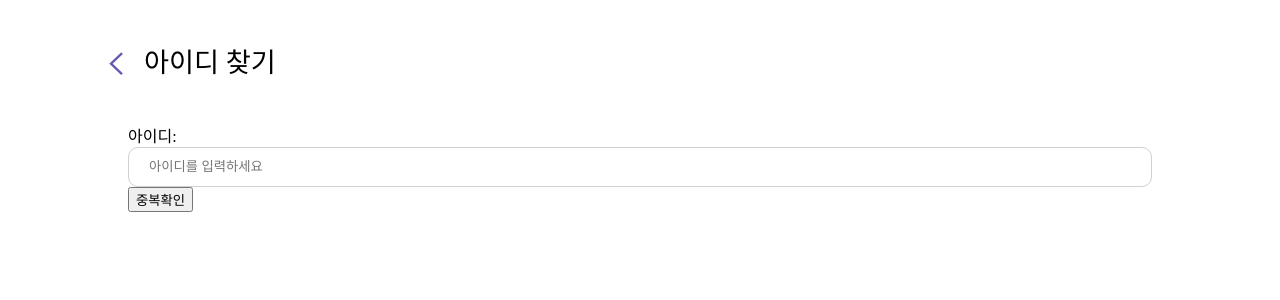
Repository: PEPI-dev/UI
Page: find_id_pw/findId.html
An editor plug-in stored every save of this project. The page is shown before and after the next save, followed by the edit.
The browser window is 1280 px wide. The pictures show the whole page.
Some web fonts or font styles are not loaded; a fallback is used.

Above is the page before, as saved 2023-12-05 16:27:27.

After the next save:
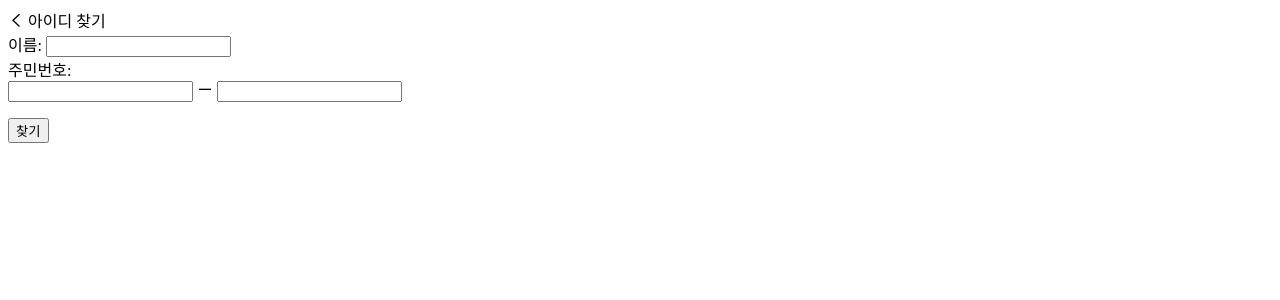
Saved 62 s later.
--- a/find_id_pw/findId.html
+++ b/find_id_pw/findId.html
@@ -5,7 +5,6 @@
     <meta charset="UTF-8">
     <meta name="viewport" content="width=device-width, initial-scale=1.0">
     <title>아이디 찾기</title>
-    <link rel="stylesheet" href="../userFrame.css">
     <link rel="stylesheet" href="./findId.css">
     <link rel="stylesheet" type="text/css" href="../a_XEIcon-2.2.0/xeicon.min.css">
 </head>
@@ -17,19 +16,23 @@
         <span class="title">아이디 찾기</span>
     </header>
 
-    <form class="form_class" action="#">
-        <input type="hidden" id="isUserid" value="n">    <!--아이디 중복 확인-->
-        <input type="hidden" id="check" value="n">        <!--본인인증 확인-->
+    <div id="container">
+        <form action="#">
+            <div class="input_form">
+                <label for="name">이름:</label>
+                <input class="field" type="text" id="name">
+            </div>
 
-        <div class="container">
-            <!-- placeholder, maxlength 추가, id 수정 -->
-            <p class="display">
-                <!-- onclick 추가 -->
-                <label for="userid" class="txt_input">아이디:</label><input class="search" id="userid" placeholder="아이디를 입력하세요" maxlength="15"><button class="btn_inside"
-                   onclick="useridCheck()" id="id_check">중복확인</button>
-            </p>
+            <label id="rrn_label" for="rrn">주민번호:</label>
+            <div class="rrn-container">
+                <input class="field" id="rrn1" type="text">
+                <i class="xi-minus"></i>
+                <input class="field" id="rrn2" type="password">
             </div>
-            </form>
+
+            <p><button class="search">찾기</button></p>
+        </form>
+    </div>
 
     <script>
         // 이전 페이지로 돌아가기
